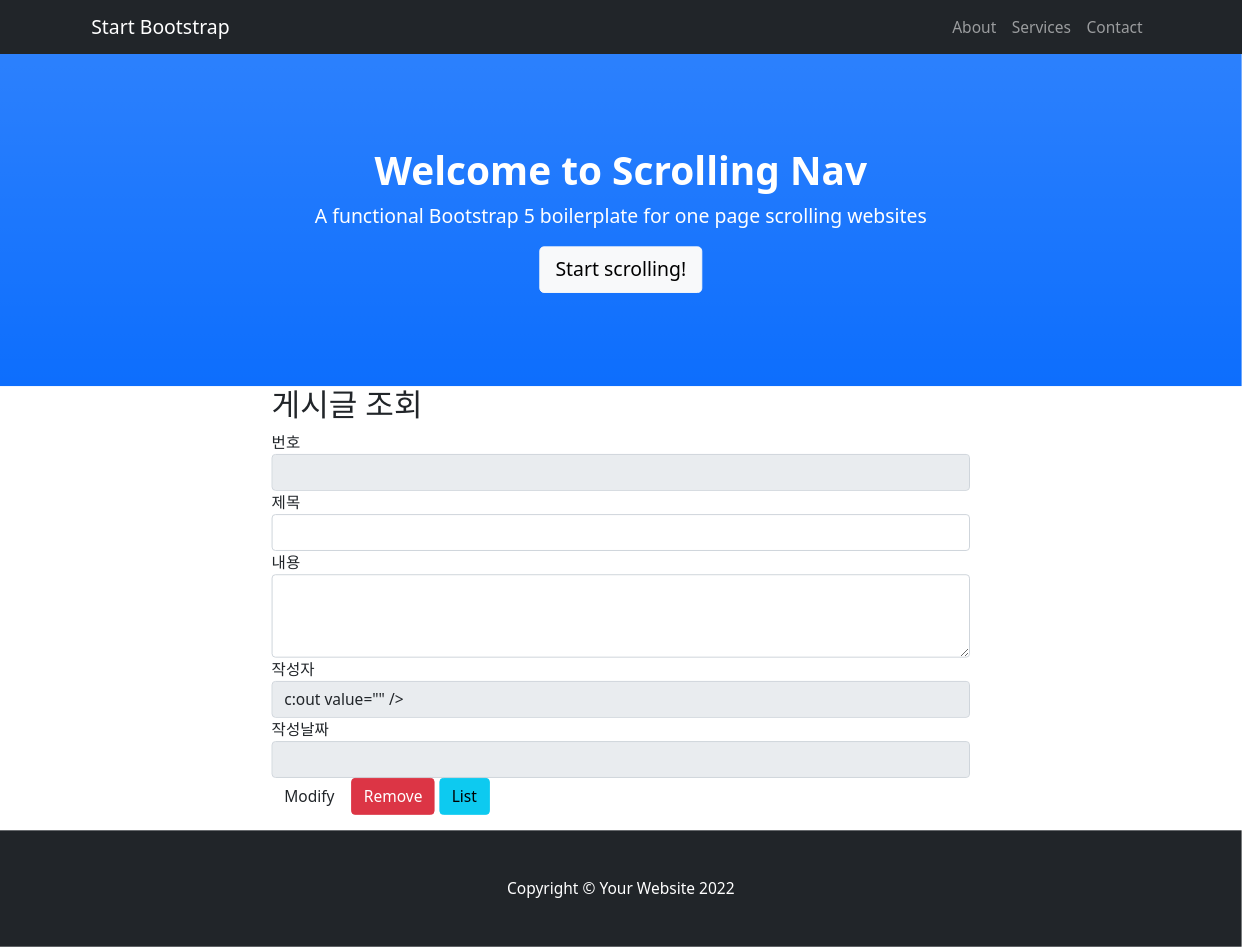
Repository: rlarmsdn2999/SpringWebProject
Page: http://localhost/myboard/WEB-INF/views/board/modify.jsp
These files come from the project's save history. The page is drawn as it stood at one moment and after the next save; the edit follows.
The browser window is 1280 px wide. The pictures show the whole page, at 97% of full size.
The page is served by Tomcat 9. Nobody is signed in. Other server files are loaded and not shown. The template is opened directly, without the code that normally fills it, so the values that code supplies are empty.

Above is the page before, as saved 2022-12-25 13:05:22.
Console error: TypeError: Cannot read properties of null (reading 'classList')

### myboard/myboard/src/main/webapp/WEB-INF/views/board/modify.jsp
<%@ page language="java" contentType="text/html; charset=UTF-8"
	pageEncoding="UTF-8"%>
<%@ taglib uri="http://java.sun.com/jsp/jstl/core" prefix="c"%>
<%@ taglib uri="http://java.sun.com/jsp/jstl/fmt" prefix="fmt"%>
<!DOCTYPE html>
<html lang="en">
<head>
<meta charset="utf-8" />
<meta name="viewport"
	content="width=device-width, initial-scale=1, shrink-to-fit=no" />
<meta name="description" content="" />
<meta name="author" content="" />
<title>Scrolling Nav - Start Bootstrap Template</title>
<link rel="icon" type="image/x-icon"
	href="/resources/assets/favicon.ico" />
<!-- Core theme CSS (includes Bootstrap)-->
<link href="/resources/css/styles.css" rel="stylesheet" />
</head>
<body id="page-top">
<script src="https://ajax.googleapis.com/ajax/libs/jquery/1.12.4/jquery.min.js"></script>
	<!-- Navigation-->
	<nav class="navbar navbar-expand-lg navbar-dark bg-dark fixed-top"
		id="mainNav">
		<div class="container px-4">
			<a class="navbar-brand" href="#page-top">Start Bootstrap</a>
			<button class="navbar-toggler" type="button"
				data-bs-toggle="collapse" data-bs-target="#navbarResponsive"
				aria-controls="navbarResponsive" aria-expanded="false"
				aria-label="Toggle navigation">
				<span class="navbar-toggler-icon"></span>
			</button>
			<div class="collapse navbar-collapse" id="navbarResponsive">
				<ul class="navbar-nav ms-auto">
					<li class="nav-item"><a class="nav-link" href="#about">About</a></li>
					<li class="nav-item"><a class="nav-link" href="#services">Services</a></li>
					<li class="nav-item"><a class="nav-link" href="#contact">Contact</a></li>
				</ul>
			</div>
		</div>
	</nav>
	<!-- Header-->
	<header class="bg-primary bg-gradient text-white">
		<div class="container px-4 text-center">
			<h1 class="fw-bolder">Welcome to Scrolling Nav</h1>
			<p class="lead">A functional Bootstrap 5 boilerplate for one page
				scrolling websites</p>
			<a class="btn btn-lg btn-light" href="#about">Start scrolling!</a>
		</div>
	</header>
	<!-- About section-->
	<div class="container px-4">
		<div class="row gx-4 justify-content-center">
			<div class="col-lg-8">
				<h2>게시글 조회</h2>
				<table class="table table-hover">
					<div class="panel-body">
						<form role="form" action="/board/modify" method="post">
							<div class="form-group">
								<label>번호</label><input class="form-control" name='bno' value='<c:out value="${board.bno }"/>' readonly="readonly">
							</div>
							<div class="form-group">
								<label>제목</label>
								<input class="form-control" name='title' value='<c:out value="${board.title }"/>'>
							</div>
							<div class="form-group">
								<label>내용</label><textarea class="form-control" rows="3" name="content" ><c:out value="${board.content}" /></textarea>
							</div>
							<div class="form-group">
								<label>작성자</label><input class="form-control" name="writer" value='c:out value="${board.writer}" />' readonly="readonly">
							</div>
							<div class="form-group">
								<label>작성날짜</label>
								<input class="form-control" name="regDate" value='<fmt:formatDate pattern="yyyy/mm/dd" value="${board.regdate}"/>' readonly="readonly">
							</div>
							<button type="submit" data-oper="modify" class="btn btn-default">Modify</button>
							<button type="submit" data-oper="remove" class="btn btn-danger">Remove</button>
							<button type="submit" data-oper="list" class="btn btn-info">List</button>
						</form>
					</div>
				</table>
			</div>
		</div>
	</div>
	<!-- Footer-->
	<footer class="py-5 bg-dark">
		<div class="container px-4">
			<p class="m-0 text-center text-white">Copyright &copy; Your
				Website 2022</p>
		</div>
	</footer>
	<!-- Bootstrap core JS-->
	<script
		src="https://cdn.jsdelivr.net/npm/bootstrap@5.1.3/dist/js/bootstrap.bundle.min.js"></script>
	<!-- Core theme JS-->
	<script src="/resources/js/scripts.js"></script>
<script type="text/javascript">
	$(document).ready(function(){
		var formObj = $("form");
		$('button').on("click",function(e){
			e.preventDefault();
			var operation=$(this).data("oper");
			console.log(operation);

			if(operation ==='remove'){
				formObj.attr("action","/board/remove");
			}
			else if(operation === 'list'){
				formObj.attr("action", "/board/list").attr("method","get");
				formObj.empty();
			}
			formObj.submit();
		});
	});
</script>
</body>
</html>

### myboard/myboard/src/main/webapp/resources/js/scripts.js
/*!
* Start Bootstrap - Scrolling Nav v5.0.5 (https://startbootstrap.com/template/scrolling-nav)
* Copyright 2013-2022 Start Bootstrap
* Licensed under MIT (https://github.com/StartBootstrap/startbootstrap-scrolling-nav/blob/master/LICENSE)
*/
//
// Scripts
//

window.addEventListener('DOMContentLoaded', event => {

    // Activate Bootstrap scrollspy on the main nav element
    const mainNav = document.body.querySelector('#mainNav');
    if (mainNav) {
        new bootstrap.ScrollSpy(document.body, {
            target: '#mainNav',
            offset: 74,
        });
    };

    // Collapse responsive navbar when toggler is visible
    const navbarToggler = document.body.querySelector('.navbar-toggler');
    const responsiveNavItems = [].slice.call(
        document.querySelectorAll('#navbarResponsive .nav-link')
    );
    responsiveNavItems.map(function (responsiveNavItem) {
        responsiveNavItem.addEventListener('click', () => {
            if (window.getComputedStyle(navbarToggler).display !== 'none') {
                navbarToggler.click();
            }
        });
    });

});

Loaded but not shown: myboard/myboard/src/main/webapp/resources/css/styles.css (library)

After the next save:
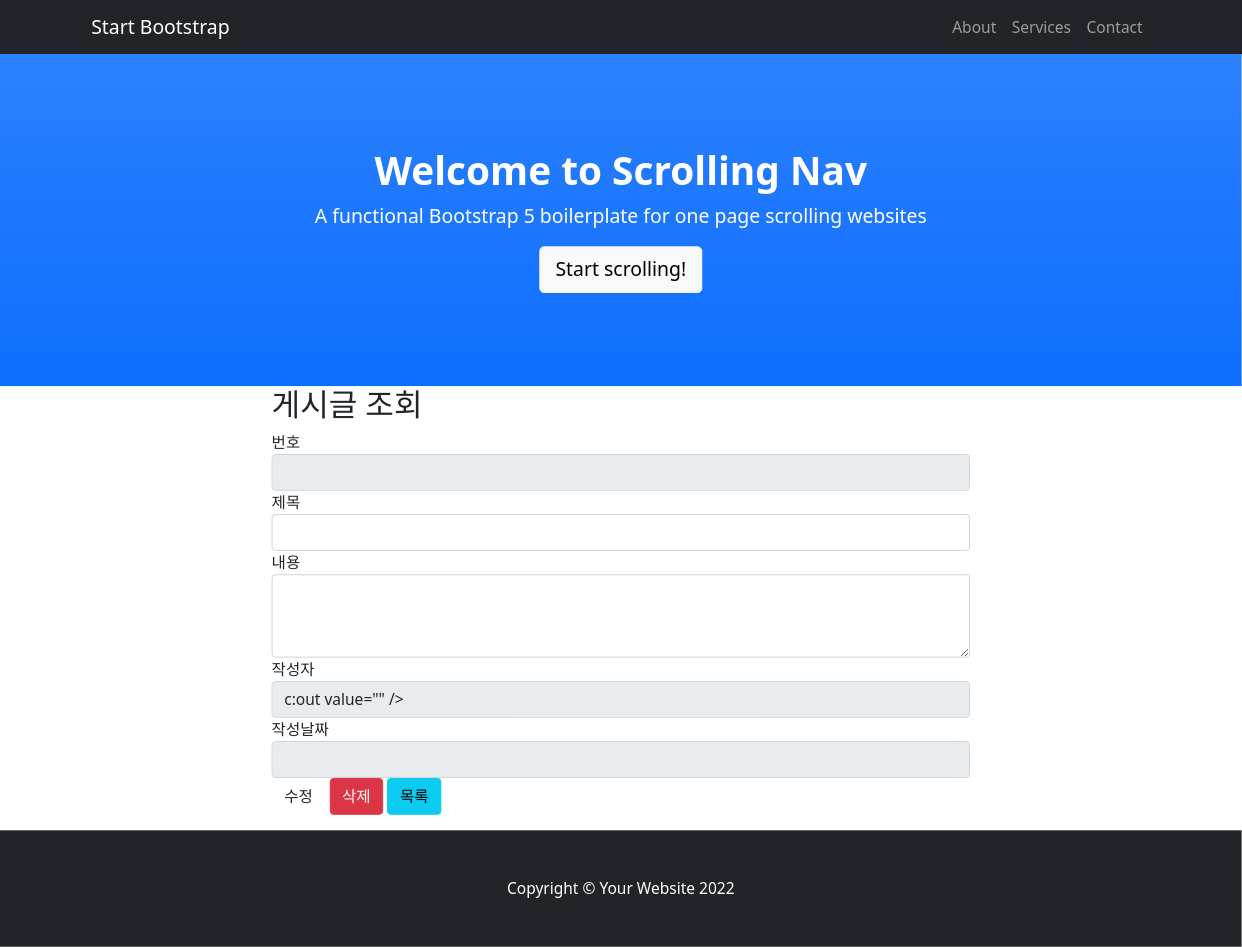
Saved 16 s later.
--- a/myboard/myboard/src/main/webapp/WEB-INF/views/board/modify.jsp
+++ b/myboard/myboard/src/main/webapp/WEB-INF/views/board/modify.jsp
@@ -72,9 +72,9 @@
 								<label>작성날짜</label>
 								<input class="form-control" name="regDate" value='<fmt:formatDate pattern="yyyy/mm/dd" value="${board.regdate}"/>' readonly="readonly">
 							</div>
-							<button type="submit" data-oper="modify" class="btn btn-default">Modify</button>
-							<button type="submit" data-oper="remove" class="btn btn-danger">Remove</button>
-							<button type="submit" data-oper="list" class="btn btn-info">List</button>
+							<button type="submit" data-oper="modify" class="btn btn-default">수정</button>
+							<button type="submit" data-oper="remove" class="btn btn-danger">삭제</button>
+							<button type="submit" data-oper="list" class="btn btn-info">목록</button>
 						</form>
 					</div>
 				</table>
